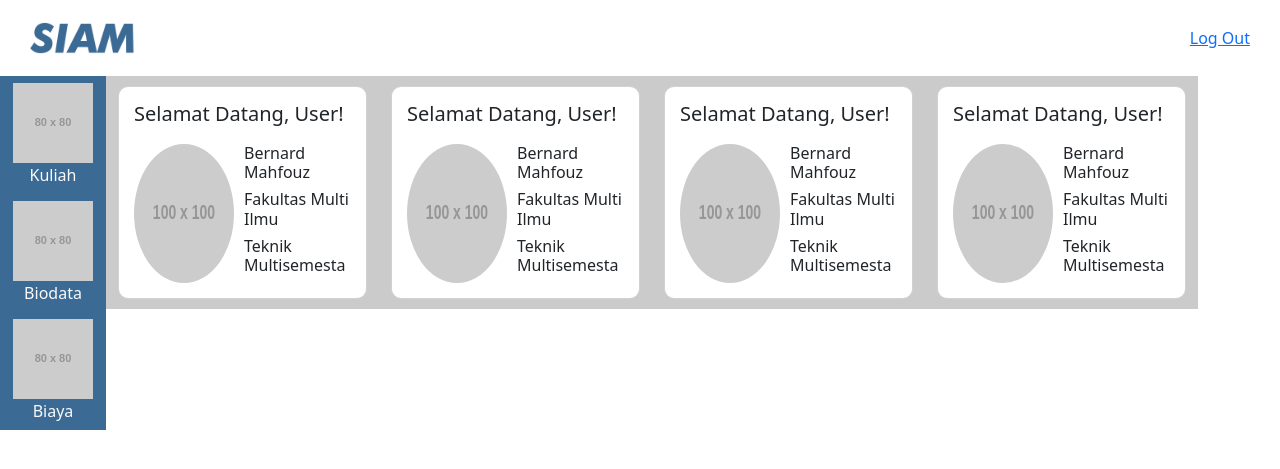
Repository: haikalirf/Project-IMK
Page: kuliah.html
The author's editor kept a copy of each file at every save. The page is drawn from the files as they stood at one save, then again after the next save.
The browser window is 1280 px wide. The pictures show the whole page.

Above is the page before, as saved 2022-12-10 13:59:19.

### kuliah.html
<!DOCTYPE html>
<html lang="en">
<head>
	<meta charset="UTF-8">
	<meta http-equiv="X-UA-Compatible" content="IE=edge">
	<meta name="viewport" content="width=device-width, initial-scale=1.0">
	<title>SIAM</title>
	<link rel="icon" href="/assets/logo_ub.ico">
	<link rel="stylesheet" href="https://cdn.jsdelivr.net/npm/bootstrap@5.2.3/dist/css/bootstrap.min.css" integrity="sha384-rbsA2VBKQhggwzxH7pPCaAqO46MgnOM80zW1RWuH61DGLwZJEdK2Kadq2F9CUG65" crossorigin="anonymous">
	<link rel="stylesheet" href="/styles/kuliah.css">
</head>
<body>
	<nav class="navbar" id="navbar">
		<a class="navbar-brand" href="/kuliah.html">
			<img id="navbar-image" src="/assets/SIAM.png" alt="SIAM">
		</a>
		<a class="navbar-link" href="#">Log Out</a>
	</nav>
	<div id="content">
		<div id="sidebar">
			<a class="btn" href="">
				<img id="sidebar-kuliah" src="https://via.placeholder.com/80" alt="Kuliah">
				<br>
				<label for="sidebar-kuliah">Kuliah</label>
			</a>
			<a class="btn" href="">
				<img id="sidebar-biodata" src="https://via.placeholder.com/80" alt="Biodata">
				<br>
				<label for="sidebar-biodata">Biodata</label>
			</a>
			<a class="btn" href="">
				<img id="sidebar-biaya" src="https://via.placeholder.com/80" alt="Biaya">
				<br>
				<label for="sidebar-biaya">Biaya</label>
			</a>
		</div>
		<main>
			<div class="row main-rows">
				<div class="col">
					<div class="card" id="card-user">
						<h5 class="card-title">Selamat Datang, User!</h5>
						<div class="card-body">
							<img class="rounded-circle" src="https://via.placeholder.com/100" alt="User Image">
							<div class="card-text-group">
								<h6>Bernard Mahfouz</h6>
								<h6>Fakultas Multi Ilmu</h6>
								<h6>Teknik Multisemesta</h6>
							</div>
						</div>
					</div>
				</div>
				<div class="col">
					<div class="card" id="card-user">
						<h5 class="card-title">Selamat Datang, User!</h5>
						<div class="card-body">
							<img class="rounded-circle" src="https://via.placeholder.com/100" alt="User Image">
							<div class="card-text-group">
								<h6>Bernard Mahfouz</h6>
								<h6>Fakultas Multi Ilmu</h6>
								<h6>Teknik Multisemesta</h6>
							</div>
						</div>
					</div>
				</div>
				<div class="col">
					<div class="card" id="card-user">
						<h5 class="card-title">Selamat Datang, User!</h5>
						<div class="card-body">
							<img class="rounded-circle" src="https://via.placeholder.com/100" alt="User Image">
							<div class="card-text-group">
								<h6>Bernard Mahfouz</h6>
								<h6>Fakultas Multi Ilmu</h6>
								<h6>Teknik Multisemesta</h6>
							</div>
						</div>
					</div>
				</div>
				<div class="col">
					<div class="card" id="card-user">
						<h5 class="card-title">Selamat Datang, User!</h5>
						<div class="card-body">
							<img class="rounded-circle" src="https://via.placeholder.com/100" alt="User Image">
							<div class="card-text-group">
								<h6>Bernard Mahfouz</h6>
								<h6>Fakultas Multi Ilmu</h6>
								<h6>Teknik Multisemesta</h6>
							</div>
						</div>
					</div>
				</div>
			</div>

		</main>
	</div>
	<script src="https://cdn.jsdelivr.net/npm/bootstrap@5.2.3/dist/js/bootstrap.bundle.min.js" integrity="sha384-kenU1KFdBIe4zVF0s0G1M5b4hcpxyD9F7jL+jjXkk+Q2h455rYXK/7HAuoJl+0I4" crossorigin="anonymous"></script>
</body>
</html>

### styles/kuliah.css
html {
	box-sizing: border-box;
}

*, *:before, *:after {
	box-sizing: inherit;
}

#navbar {
	display: flex;
	justify-content: space-between;
	margin: 0px 30px;
}

#navbar-image {
	height: 50px;
}

#content {
	display: flex;
}

#sidebar {
	background-color: #3b6a94;
	display: flex;
	flex-direction: column;
}

a img, a label {
	color: #f9f9f9;
}

main {
	width: calc(100% - 200px);
}

.main-rows{
	background-color: #cbcbcb;
	margin-left: 0px;
}

.card {
	margin: 10px 0px;
	padding: 15px;
	border-radius: 10px;
}

.card-body{
	display: flex;
	padding: 10px 0px 0px;
}

.card-text-group {
	margin-left: 10px;
	display: flex;
	flex-direction: column;
	justify-content: space-between;
}

After the next save:
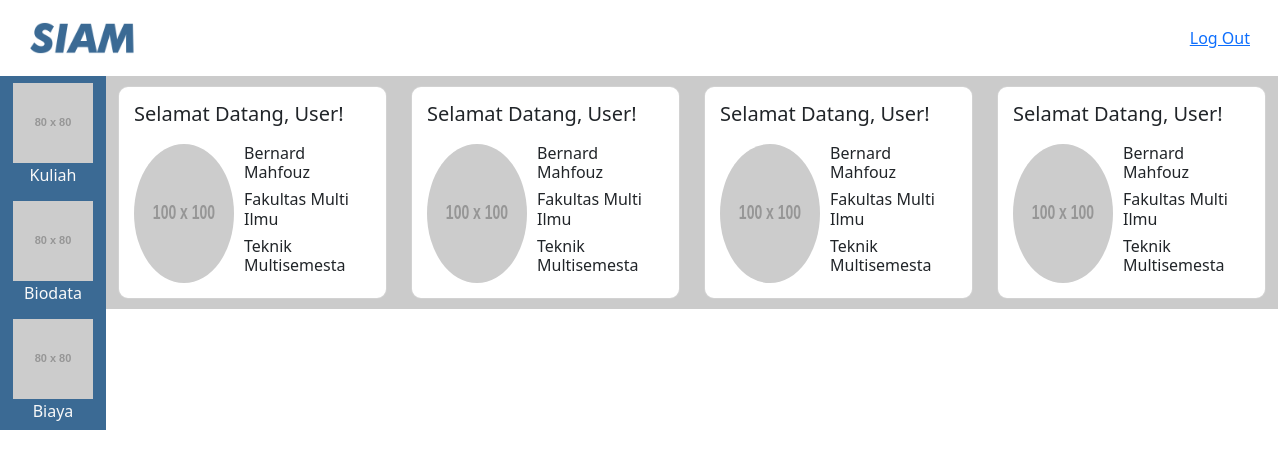
Saved 14 s later.
--- a/styles/kuliah.css
+++ b/styles/kuliah.css
@@ -31,7 +31,7 @@ a img, a label {
 }
 
 main {
-	width: calc(100% - 200px);
+	width: calc(100% - 120px);
 }
 
 .main-rows{
